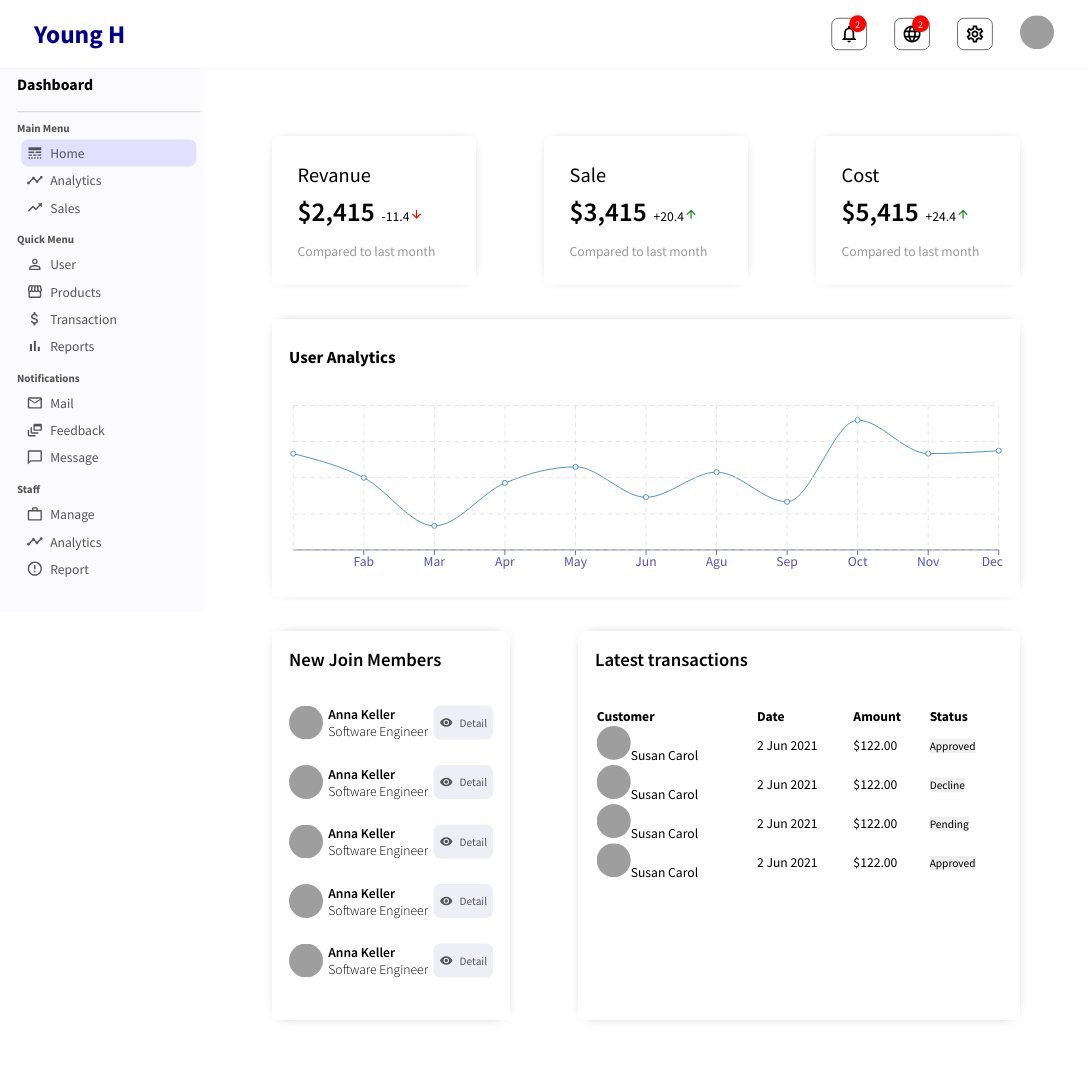
Repository: noname20011/admin
Page: /
These files come from the project's save history. The page is drawn as it stood at one moment and after the next save; the edit follows.
The browser window is 1280 px wide. The pictures show the whole page, at 85% of full size.
Pictures or frames that could not be fetched are drawn as grey boxes. The project was rebuilt for these pictures with package versions that can differ from the ones it lists, and the page was loaded fresh each time.

Above is the page before, as saved 2021-11-14 09:11:12.

After the next save:
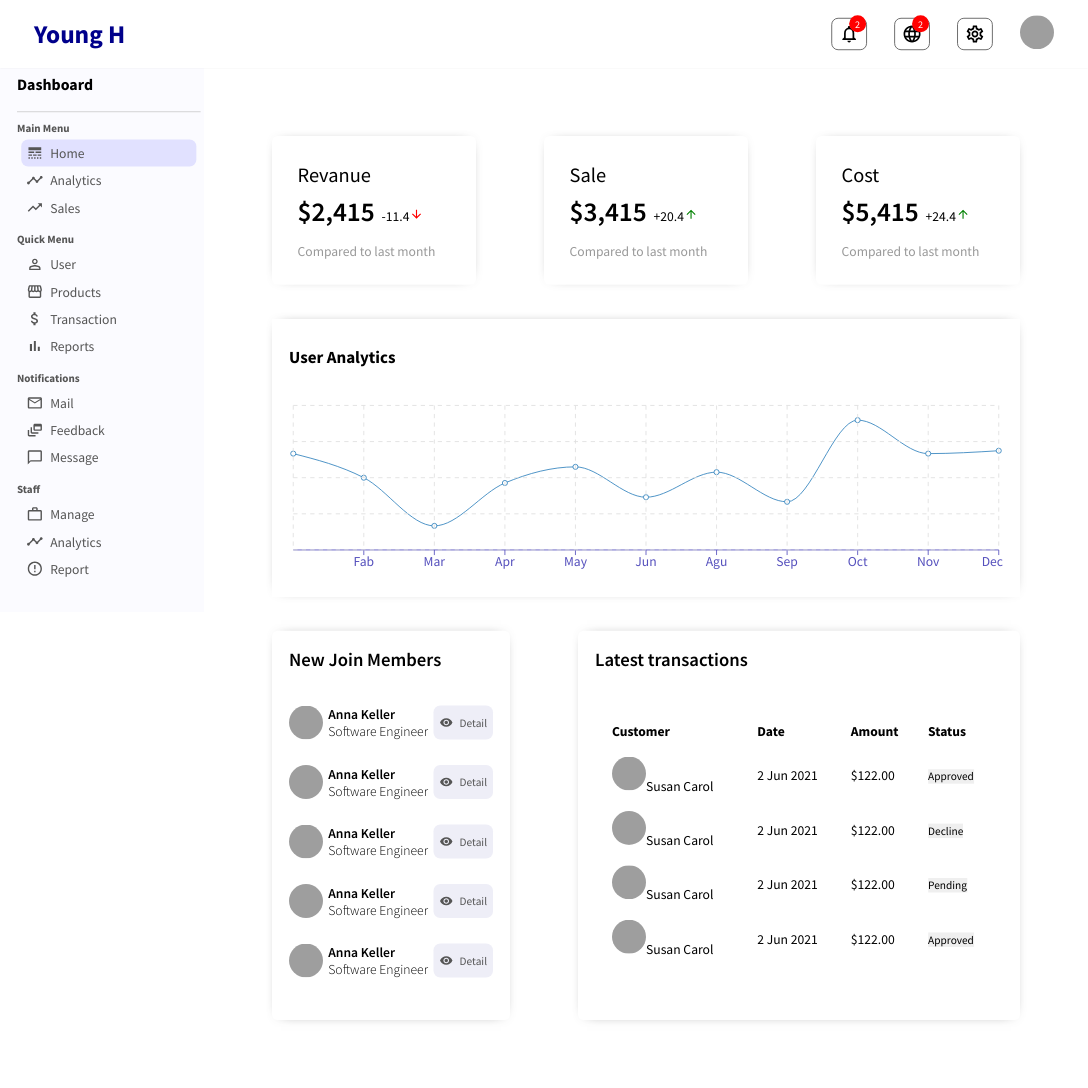
Saved 39 s later.
--- a/src/comopnents/widgetLg/widgetLg.css
+++ b/src/comopnents/widgetLg/widgetLg.css
@@ -9,6 +9,7 @@
 
 .widgetLgTable {
     width: 100%;
+    border-spacing: 20px;
 }
 
 .widgetLgTitle {
@@ -19,7 +20,7 @@
 
 .widgetLgTr {
     text-align: left;
-    border-spacing: 20px;
+
 }
 
 .widgetLgImg {
